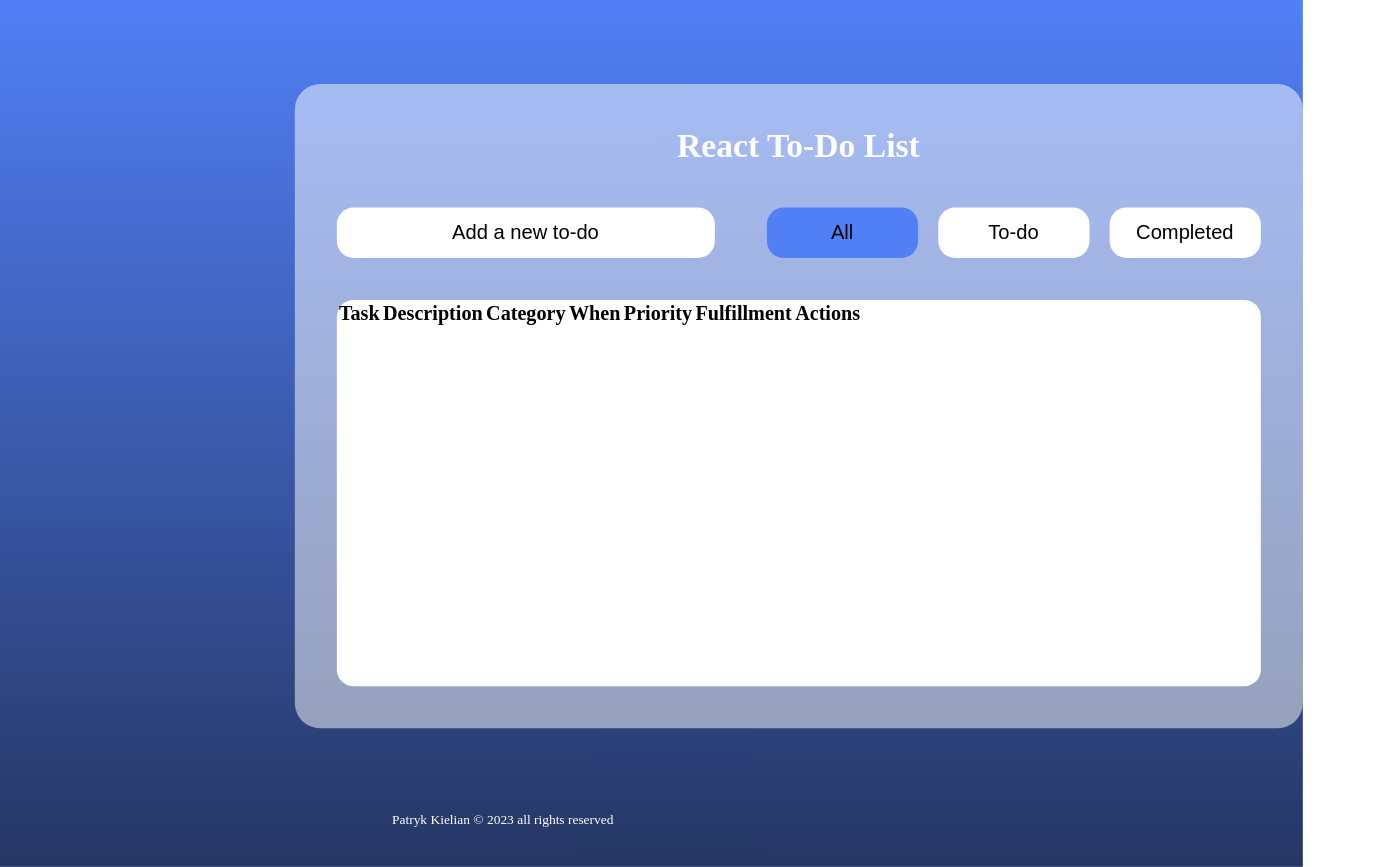
Repository: mirajane2/maquette-todo
Page: index.html
These files come from the project's save history. The page is drawn as it stood at one moment and after the next save; the edit follows.
The browser window is 1280 px wide. The page is 1551 px wide, then 1651 px, so the pictures cover 1651 px, including what lies to the right of the window. The pictures show the whole page, at 84% of full size.
The page's requests for data from a server got no answer.

Above is the page before, as saved 2024-11-18 10:45:35.

### index.html
<!DOCTYPE html>
<html lang="fr">
<head>
    <meta charset="UTF-8">
    <meta name="viewport" content="width=device-width, initial-scale=1.0">
    <link rel="stylesheet" href="index.css">
    <title>Maquette Figma</title>
</head>
<body>
    <div class="container">
        <div class="content">
            <h1 class="titre">React To-Do List</h1>
            <div class="control">
                <button class="taches" id="formulaire"> Add a new to-do</button>
                <div class="choix_selection">
                    <button class="show">All</button>
                    <button class="options">To-do</button>
                    <button class="options">Completed</button>
                </div>
            </div>
            <div class="table">
                <table>
                    <thead>
                        <tr>
                            <th>Task</th>
                            <th>Description</th>
                            <th>Category</th>
                            <th>When</th>
                            <th>Priority</th>
                            <th>Fulfillment</th>
                            <th>Actions</th>
                        </tr>
                    </thead>
                    <tbody class="valeur" id="taskList">

                    </tbody>
                </table>
            </div>
        </div>
        <footer>
            <p>Patryk Kielian © 2023 all rights reserved</p>
        </footer>
    </div>


    <div class="form-container" style="display: none;">
        <div class ="modal-content">
            <div class="content">
                <h1 class="titre">React To-Do List</h1>
                <div class="form">
                    <h2 class="titre1"> Add a new todo : </h2>
                    <div class="data">
                        <div class="data-colonne">
                            <div class="champs">
                                <label> Name :</label>
                                <input type="text" id="name" placeholder="name for the task you're going to do">
                            </div>

                            <div class="champs">
                                <label> Description :</label>
                                <textarea id="description" placeholder="a short description of the task, can be omitted"></textarea>
                            </div>

                            <div class="champs">
                                <label> Category :</label>
                                <input type="text" id="category" placeholder="e.g housewold, school, work">
                            </div>

                            <div class="champs">
                                <label> Date :</label>
                                <input type="date" id="taskDate">
                            </div>

                            <div class="champs">
                                <label> Time :</label>
                                <input type="time" id="taskTime">
                            </div>

                        </div>
                        <div class="data-colonne">
                            <div class="champs">
                                <label> Priority :</label>
                                <select name="priority" id="taskPriority">
                                    <option value="high">High</option>
                                    <option value="medium">Medium</option>
                                    <option value="low">Low</option>
                                </select>
                            </div>

                            <div class="champs">
                                <label> Fulfillment :</label>
                                <input type="range" id="taskFulfillment" min="0" max="100">
                            </div>

                            <div class="button">
                                <button id="enregistrer">Save</button>
                                <button id="supprimer">Cancel</button>
                            </div>

                        </div>
                        <script src="script.js"></script>
                    </div>
                </div>
            </div>
            <footer>
                <p>Patryk Kielian © 2023 all rights reserved</p>
            </footer>
        </div>
    </div>
</body>
</html>

### index.css
html{
    min-height: 100vh;
    background: linear-gradient(180deg, #517FF6, #253663);
}
body{
    padding: 0;
    margin: 0;
}

.container {
    width: 1197px;
    height: 932px;
}

.content{
    width: 1100px;
    min-height: 500px;
    background-color: #FFFFFF80;
    border-radius: 30px;
    margin: 100px 350.500px;
    padding: 50px;
}

.titre{
    color: #FFFFFF;
    text-align: center;
    font-weight: 700px;
    font-size: 40px;
    margin: 0 auto;
}

.control{
    flex-direction: row;
    display: flex;
    justify-content: space-between;
    margin: 50px 0;
}

.taches{
    font-size: 24px;
    font-weight: 400px;
    height: 60px;
    width: 450px;
    border-radius: 20px;
    border: none;
    background-color: #FFFFFF;

}

.show{
    background-color: #517FF6;
    border-radius: 20px;
    width: 180px;
    height: 60px;
    font-size: 24px;
    margin-left: 20px;
    padding: 0;
    border: none;
}

.options{
    background-color: #FFFFFF;
    width: 180px;
    height: 60px;
    border-radius: 20px;
    font-size: 24px;
    border: none;
    margin-left: 20px;
}

.table{
    background-color: #FFFFFF;
    width: 1100px;
    height: 460px;
    border-radius: 20px;
    border: none;
    font-size: 24px;
}

footer{
    font-size: 16px;
    text-align: center;
    font-weight: 400px;
    width: 275px;
    height: 23px;
    color: #FFFFFF;
    margin: 50px auto;
}

thead{
    text-align: center;

}
.form{
    background-color: #FFFFFF;
    width: 1100px;
    height: 529px;
    border-radius: 20px;
    border: none;
    margin: 0 auto;
    padding: 30px 50px 0;
    top: 150px;
    left: 0;
    right: 0;
}

h2 {
    font-size: 32px;
    padding: 0;
    margin: 0;
    border: 0;
}

.data {
    grid-template-columns: 1fr 1fr;
    column-gap: 50px;
    margin-top: 30px;
    display: grid;
}

.data-colonne{
    flex-direction: column;
    justify-content: space-between;
    display: flex;
}

.champs{
    flex-direction: row;
    justify-content: space-between;
    margin-bottom: 30px;
    display: flex;
}

.form input, .form select, .form textarea{
    width: 330px;
    border-radius: 0;
    padding: 5px;
    font-size: 1rem;
}

.form label {
    font-size: 24px;
}

.button {
    grid-template-columns: 1fr 1fr;
    column-gap: 50px;
    margin-top: 30px;
    display: grid;
}

#enregistrer{
    border-radius: 20px;
    background-color: #517FF6;
    width: 215px;
    height: 60px;
}

#supprimer{
    border-radius: 20px;;
    width: 215px;
    height: 60px;
}

### script.js
const form = document.getElementById('formulaire');
const formContainer = document.querySelector('.form-container');
const main = document.querySelector('.container');
const save = document.getElementById('enregistrer');
const suppr = document.getElementById('supprimer');
const table = document.querySelector('.valeur');
const taskList = document.getElementById('taskList');

let edition = false;
let editingRow = null;


form.addEventListener('click', () => {
    main.style.display = 'none';
    formContainer.style.display = 'flex';
    edition = false;
});

suppr.addEventListener('click', () => {
    formContainer.style.display = 'none';
    main.style.display = 'block';
    clearForm();
});

save.addEventListener('click', () => {
    const name = document.getElementById('name').value;
    const description = document.getElementById('description').value;
    const category = document.getElementById('category').value;
    const date = document.getElementById('taskDate').value;
    const time = document.getElementById('taskTime').value;
    const priority = document.getElementById('taskPriority').value;
    const fulfillment = document.getElementById('taskFulfillment').value;

    if (name.trim() === '') {
        alert('Please enter a task name.');
        return;
    }
    if (edition && editingRow) {

        editingRow.cells[0].textContent = name;
        editingRow.cells[1].textContent = description;
        editingRow.cells[2].textContent = category;
        editingRow.cells[3].textContent = `${date} ${time}`;
        editingRow.cells[4].textContent = priority;
        editingRow.cells[5].textContent = `${fulfillment}%`;
        edition = false;
        editingRow = null;
    }
    else {
        const newRow = document.createElement('tr');
        newRow.innerHTML = `
        <th>${name}</th>
        <th>${description}</th>
        <th>${category}</th>
        <th>${date} ${time}</th>
        <th>${priority}</th>
        <th>${fulfillment}%</th>
        <th>
            <button class="edit">Edit</button>
            <button class="delete">Delete</button>
        </th>
    `;
    table.appendChild(newRow);
    }


    formContainer.style.display = 'none';
    main.style.display = 'block';
    clearForm();
});

function clearForm() {
    document.getElementById('name').value = '';
    document.getElementById('description').value = '';
    document.getElementById('category').value = '';
    document.getElementById('taskDate').value = '';
    document.getElementById('taskTime').value = '';
    document.getElementById('taskPriority').value = 'medium';
    document.getElementById('taskFulfillment').value = '0';
}

table.addEventListener('click', (event) => {
    if (event.target.classList.contains('delete')) {
        event.target.closest('tr').remove();
    }
});

table.addEventListener('click', (event) => {
    if(event.target.classList.contains('edit')) {
        const row = event.target.closest('tr');
        const cells = row.children;
        document.getElementById('name').value = cells[0].textContent;
        document.getElementById('description').value = cells[1].textContent;
        document.getElementById('category').value = cells[2].textContent;
        document.getElementById('taskDate').value = cells[3].textContent.split(' ')[0];
        document.getElementById('taskTime').value = cells[3].textContent.split(' ')[1] || '';
        document.getElementById('taskPriority').value = cells[4].textContent.toLowerCase();
        document.getElementById('taskFulfillment').value = cells[5].textContent.replace('%', '');

        edition = true;
        editingRow = row;

        main.style.display = 'none';
        formContainer.style.display = 'flex';
    }

})
async function fetchAndDisplayTasks() {
    try {
        const response = await fetch('http://localhost:3000/tasks');
        if (!response.ok) {
            throw new Error('Network response was not ok');
        }
        const tasks = await response.json();

        taskList.innerHTML = '';

        tasks.forEach(task => {
            const newRow = document.createElement('tr');
            newRow.innerHTML = `
                <th>${task.name}</th>
                <th>${task.description}</th>
                <th>${task.category}</th>
                <th>${task.date} ${task.time}</th>
                <th>${task.priority}</th>
                <th>${task.fulfillment}%</th>
                <th>
                    <button class="edit">Edit</button>
                    <button class="delete">Delete</button>
                </th>
            `;
            taskList.appendChild(newRow);
        });
    } catch (error) {
        console.error('Error fetching tasks:', error);
    }
}

fetchAndDisplayTasks();

After the next save:
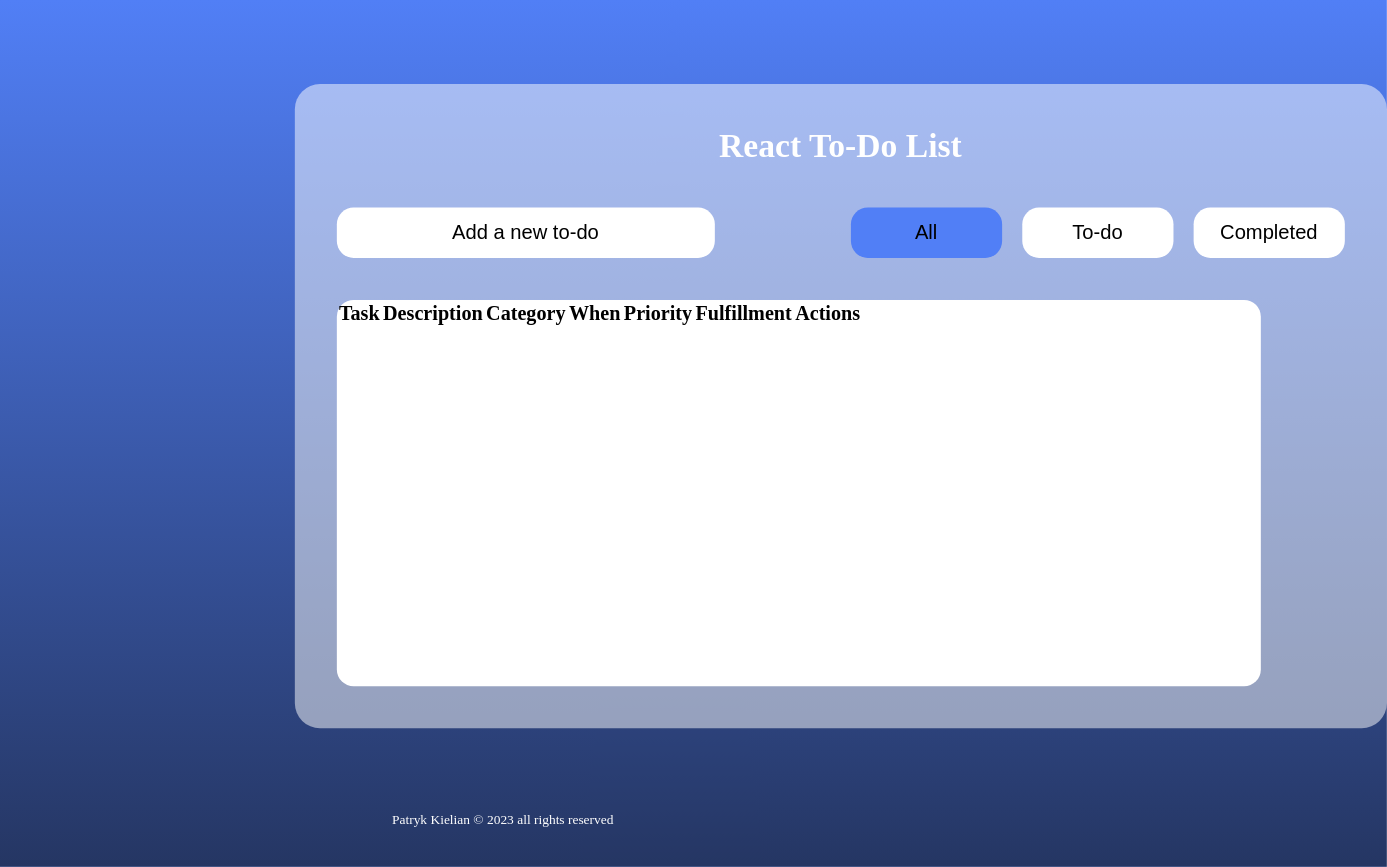
Saved 108 s later.
--- a/index.css
+++ b/index.css
@@ -13,7 +13,7 @@ body{
 }
 
 .content{
-    width: 1100px;
+    width: 1200px;
     min-height: 500px;
     background-color: #FFFFFF80;
     border-radius: 30px;
